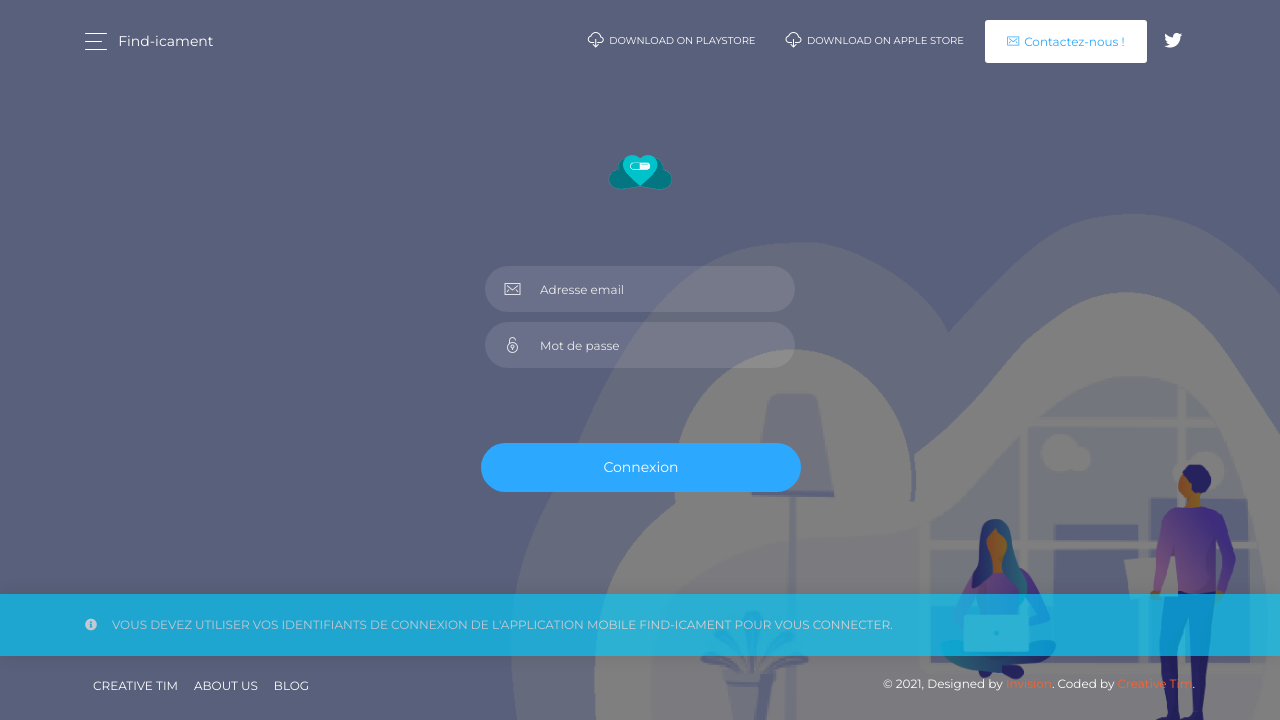
Repository: sdeschaepmeester/samanthawebsite
Page: /login-page
These files come from the project's save history. The page is drawn as it stood at one moment and after the next save; the edit follows.
The browser window is 1280 px wide. The pictures show the whole page.
The project was rebuilt for these pictures with package versions that can differ from the ones it lists, and the page was loaded fresh each time. Also part of the build but not shown: src/assets/demo/nucleo-icons-page-styles.css, src/components/Navbars/IndexNavbar.js, src/components/Headers/IndexHeader.js, src/components/Footers/DarkFooter.js, src/views/index-sections/Images.js, src/views/index-sections/Introduction.js, src/views/index-sections/BasicElements.js, src/views/index-sections/Navbars.js and 20 more.

Above is the page before, as saved 2021-06-01 11:10:27.

After the next save:
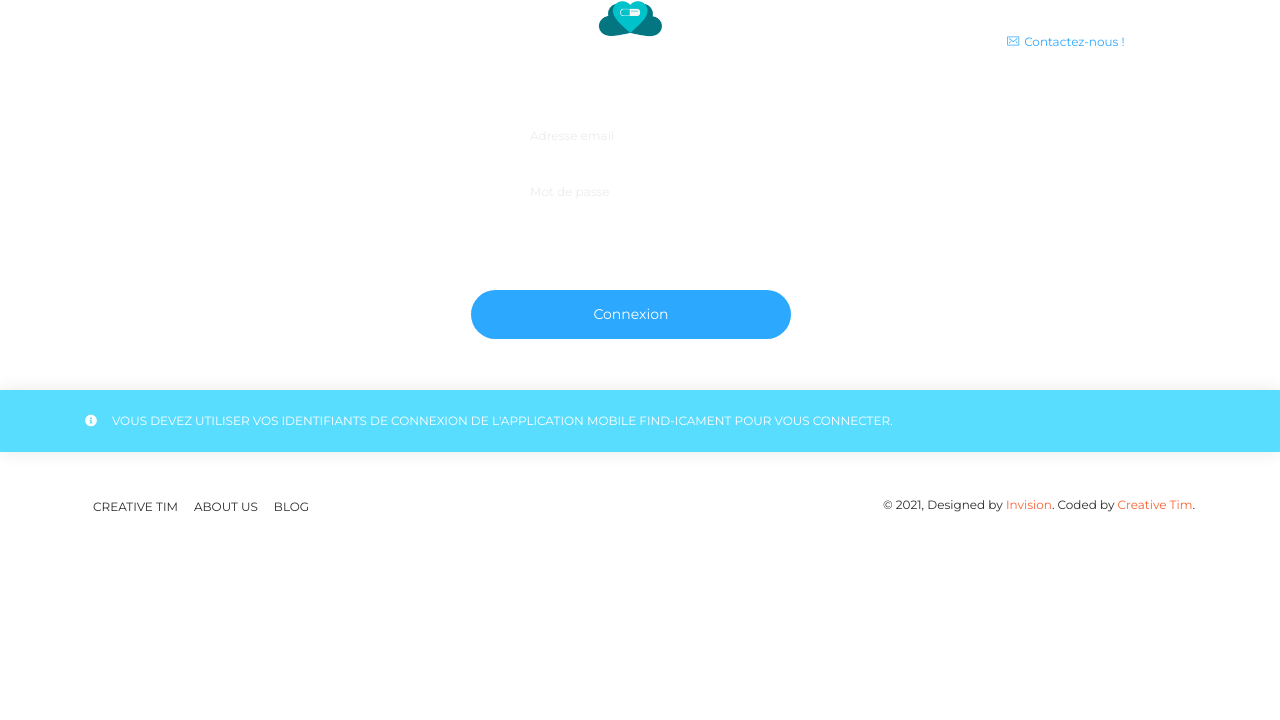
Saved 27 s later.
--- a/src/views/examples/LoginPage.js
+++ b/src/views/examples/LoginPage.js
@@ -51,7 +51,7 @@
   return (
     <>
       <NavbarLogin />
-      <div className="page-header" >
+      <div className="" >
         <div
           className="page-header-image"
           style={{

After the save that followed:
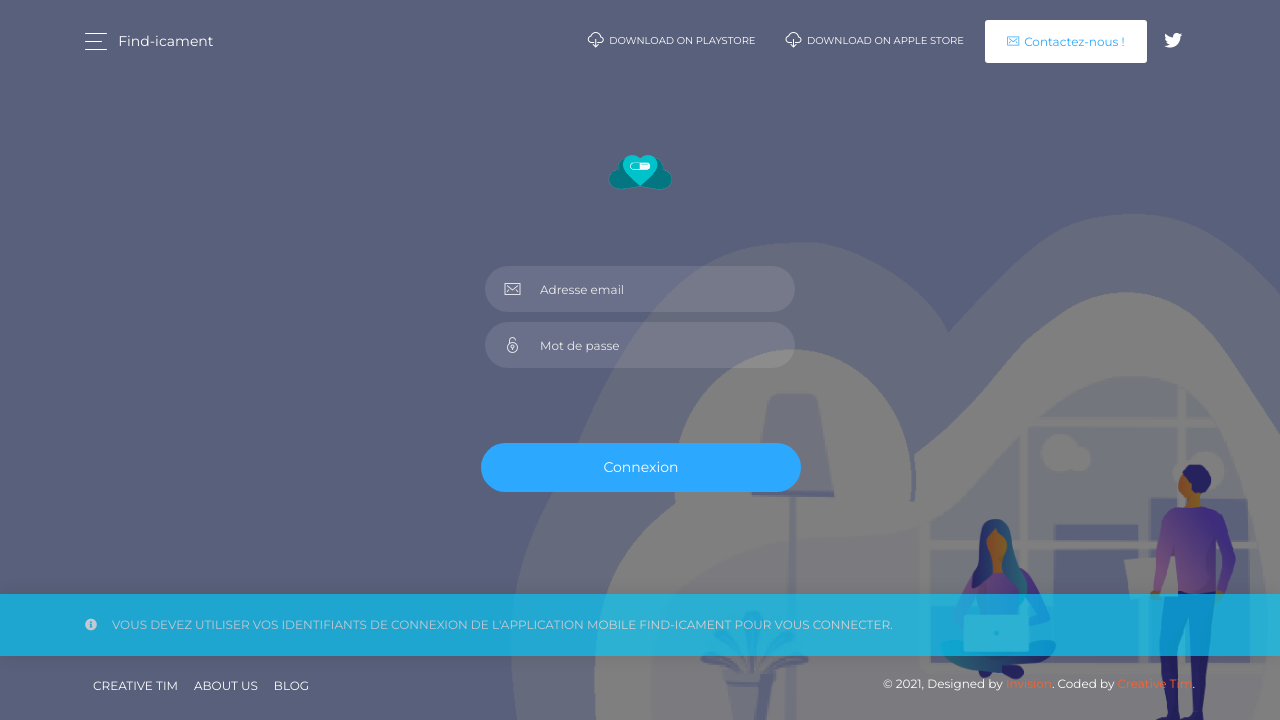
Saved 4 s later.
--- a/src/views/examples/LoginPage.js
+++ b/src/views/examples/LoginPage.js
@@ -51,7 +51,7 @@
   return (
     <>
       <NavbarLogin />
-      <div className="" >
+      <div className="page-header" >
         <div
           className="page-header-image"
           style={{
